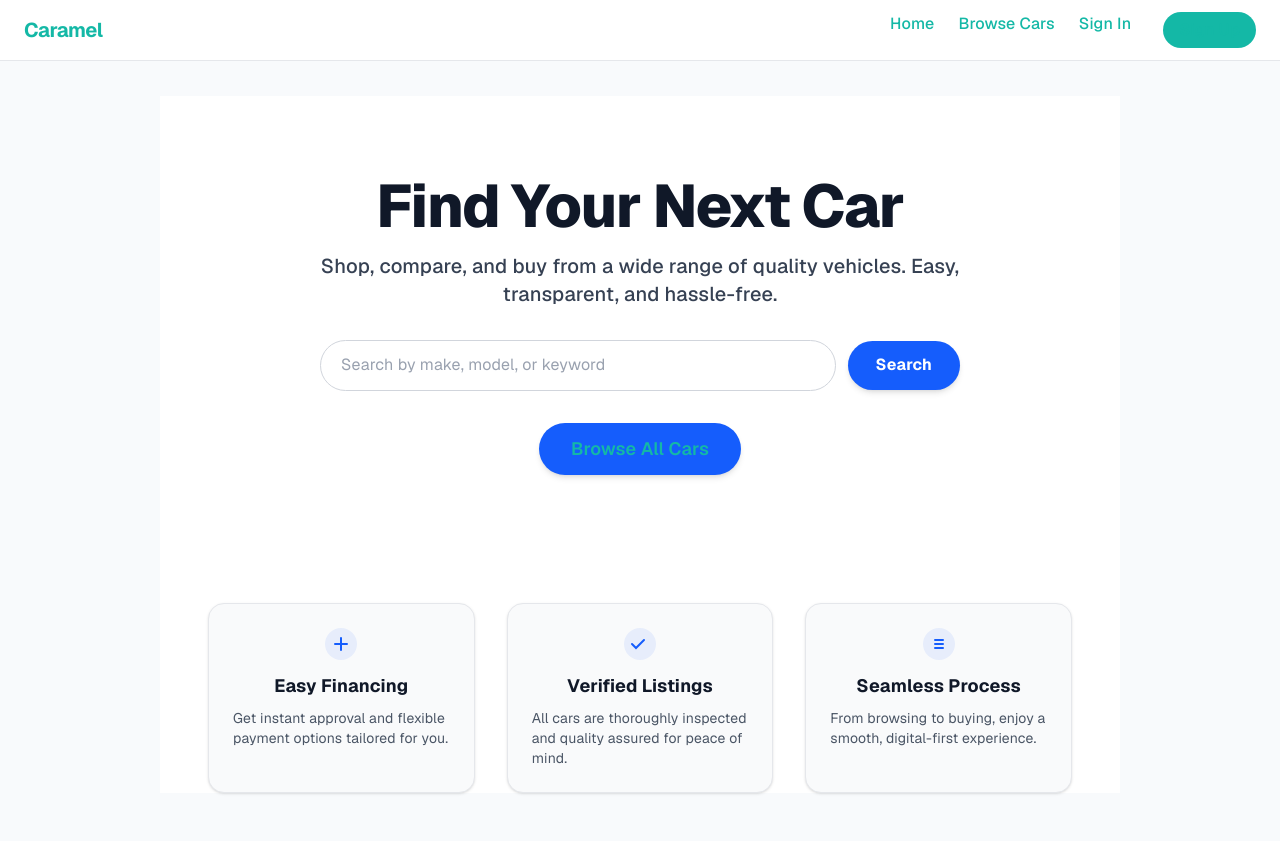
Repository: virat07/sellyourcar
Page: /
The author's editor kept a copy of each file at every save. The page is drawn from the files as they stood at one save, then again after the next save.
The browser window is 1280 px wide. The pictures show the whole page.
The project was rebuilt for these pictures with package versions that can differ from the ones it lists, and the page was loaded fresh each time. The framework's server and built-in components were replaced by stand-ins that run in the browser. Also part of the build but not shown: next.config.ts.

Above is the page before, as saved 2025-07-18 15:20:02.

After the next save:
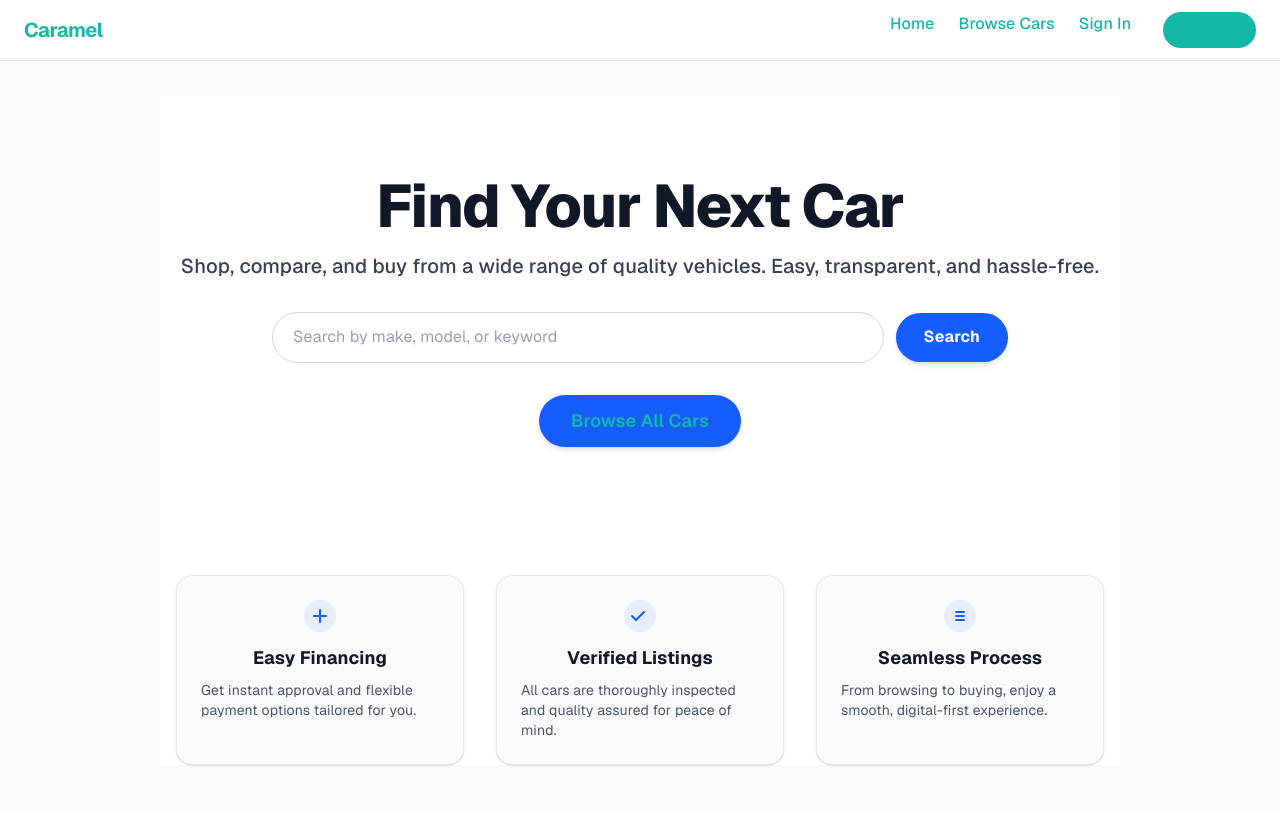
Saved 57 s later.
--- a/src/app/page.tsx
+++ b/src/app/page.tsx
@@ -2,8 +2,8 @@ import Link from "next/link";
 
 export default function Home() {
   return (
-    <main className="flex flex-col items-center justify-center min-h-[80vh] bg-white">
-      <section className="w-full max-w-2xl mx-auto text-center py-20 px-4">
+    <main className="flex flex-col items-center justify-center min-h-[80vh] bg-white w-full">
+      <section className="w-full text-center py-20 px-0">
         <h1 className="text-5xl sm:text-6xl font-extrabold tracking-tight mb-4 text-gray-900">
           Find Your Next Car
         </h1>
@@ -11,7 +11,7 @@ export default function Home() {
           Shop, compare, and buy from a wide range of quality vehicles. Easy, transparent, and hassle-free.
         </p>
         {/* Search Bar (not functional) */}
-        <form className="w-full flex flex-col sm:flex-row items-center gap-3 mb-8">
+        <form className="w-full flex flex-col sm:flex-row items-center gap-3 mb-8 px-4 max-w-3xl mx-auto">
           <input
             type="text"
             placeholder="Search by make, model, or keyword"
@@ -32,18 +32,18 @@ export default function Home() {
           Browse All Cars
         </Link>
       </section>
-      <section className="w-full max-w-4xl mx-auto grid grid-cols-1 sm:grid-cols-3 gap-8 mt-12 px-4">
-        <div className="bg-gray-50 border border-gray-200 rounded-2xl p-6 shadow-sm flex flex-col items-center">
+      <section className="w-full grid grid-cols-1 sm:grid-cols-3 gap-8 mt-12 px-4">
+        <div className="bg-gray-50 border border-gray-200 rounded-2xl p-6 shadow-sm flex flex-col items-center w-full">
           <svg width="32" height="32" fill="none" className="mb-3 text-blue-600"><circle cx="16" cy="16" r="16" fill="currentColor" fillOpacity="0.08"/><path d="M10 16h12M16 10v12" stroke="currentColor" strokeWidth="2" strokeLinecap="round"/></svg>
           <h3 className="font-bold text-lg mb-2 text-gray-900">Easy Financing</h3>
           <p className="text-sm text-gray-600">Get instant approval and flexible payment options tailored for you.</p>
         </div>
-        <div className="bg-gray-50 border border-gray-200 rounded-2xl p-6 shadow-sm flex flex-col items-center">
+        <div className="bg-gray-50 border border-gray-200 rounded-2xl p-6 shadow-sm flex flex-col items-center w-full">
           <svg width="32" height="32" fill="none" className="mb-3 text-blue-600"><circle cx="16" cy="16" r="16" fill="currentColor" fillOpacity="0.08"/><path d="M8 16l4 4 8-8" stroke="currentColor" strokeWidth="2" strokeLinecap="round"/></svg>
           <h3 className="font-bold text-lg mb-2 text-gray-900">Verified Listings</h3>
           <p className="text-sm text-gray-600">All cars are thoroughly inspected and quality assured for peace of mind.</p>
         </div>
-        <div className="bg-gray-50 border border-gray-200 rounded-2xl p-6 shadow-sm flex flex-col items-center">
+        <div className="bg-gray-50 border border-gray-200 rounded-2xl p-6 shadow-sm flex flex-col items-center w-full">
           <svg width="32" height="32" fill="none" className="mb-3 text-blue-600"><circle cx="16" cy="16" r="16" fill="currentColor" fillOpacity="0.08"/><path d="M12 20h8M12 16h8M12 12h8" stroke="currentColor" strokeWidth="2" strokeLinecap="round"/></svg>
           <h3 className="font-bold text-lg mb-2 text-gray-900">Seamless Process</h3>
           <p className="text-sm text-gray-600">From browsing to buying, enjoy a smooth, digital-first experience.</p>
